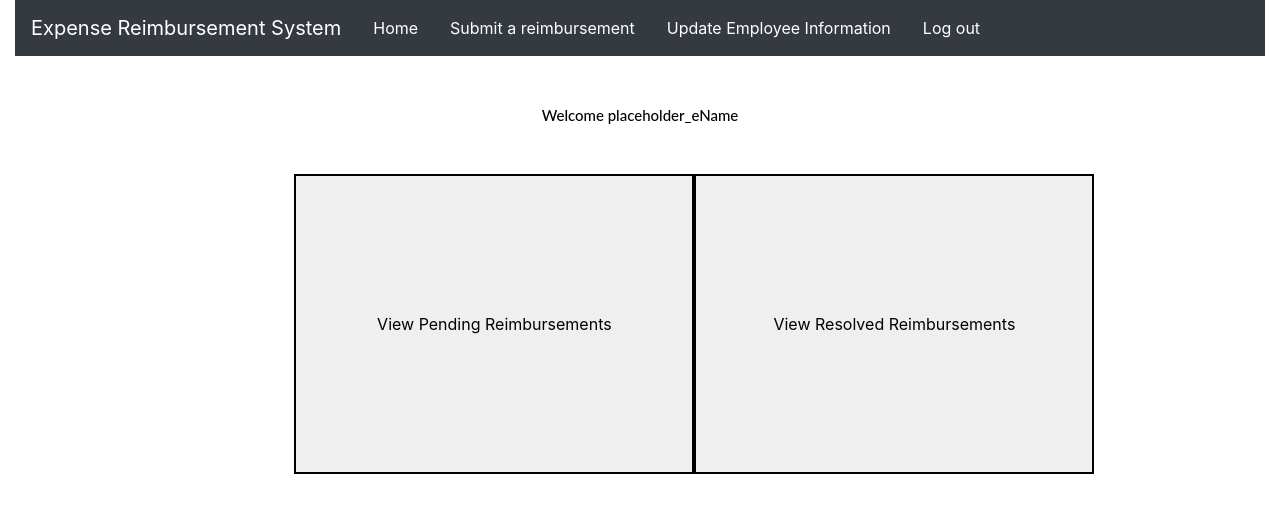
Repository: Trevormulrenin/ers-app
Page: ers-app/src/main/webapp/html/employee_home.html
These files come from the project's save history. The page is drawn as it stood at one moment and after the next save; the edit follows.
The browser window is 1280 px wide. The pictures show the whole page.

Above is the page before, as saved 2021-04-01 16:06:29.

### ers-app/src/main/webapp/html/employee_home.html
<!DOCTYPE html>
<html>
<head>
	<meta charset="UTF-8">
	<meta name="viewport" content="width=device-width, initial-scale=1.0">

	<link rel="stylesheet" href="https://stackpath.bootstrapcdn.com/bootstrap/4.3.1/css/bootstrap.min.css" integrity="sha384-ggOyR0iXCbMQv3Xipma34MD+dH/1fQ784/j6cY/iJTQUOhcWr7x9JvoRxT2MZw1T" crossorigin="anonymous">
 	<link rel="stylesheet" type="text/css" href="../css/style.css">

<title>Expense Reimbursement System</title>
</head>
<style>
#pending-reimbursement, #resolved-reimbursement {
	border: 2px solid black;
	color: black;
	text-align:center;
	height: 300px;
	width: 400px;
	position: relative;
    top:50%;
    left: 23%;
    display: inline-block;
}

#pending-reimbursement {
	float: left;
}

#resolved-reimbursement:hover {
	background-color: gray;
	color:white;
}

#pending-reimbursement:hover {
	background-color: gray;
	color:white;
}

#welcome-message {
	font-size: 10px;
	top:20%;
}
</style>
<body>
	<div class="container-fluid">
		<nav class="navbar navbar-expand-lg navbar-dark bg-dark">
			<a class="navbar-brand" href="http://localhost:9731/ers-app/EmployeeHomeServlet">Expense Reimbursement System</a>
				<a class="nav-item nav-link" href="http://localhost:9731/ers-app/EmployeeHomeServlet">Home</a>
				<a class="nav-item nav-link" href="html/reimbursement_home.html">Submit a reimbursement</a>
				<a class="nav-item nav-link" href="html/employee_info.html">Update Employee Information</a>

			<div class="nav-list-right" id="navbar-menu-right">
				<a class="nav-item nav-link" href="html/logout.html">Log out</a>
			</div>

		</nav>
	</div>


	<div id="welcome-message">
		<h1 style="font-size: 15px; top:65%; left:20%;">Welcome placeholder_eName</h1>
	</div>

	<div id="reimbursement-body">

	<form action="../ers-app/ViewPendingReimbursements" method="get">
		<button type="submit" class="button" id="pending-reimbursement" >View Pending Reimbursements</button>
	</form>
	<form action="../ers-app/ViewResolvedReimbursementsServlet" method="get">
		<button type="submit" id="resolved-reimbursement" class="button">View Resolved Reimbursements</button>
	</form>

	</div>

	<script type="text/javascript">
		var button = document.getElementById('reimbursement-body');
		button.addEventListener('click', function() { button.style.display = 'none'; });
	</script>

</body>


</html>

### ers-app/src/main/webapp/css/style.css
@charset "UTF-8";

#navbar-menu-right{
	text-decoration: none;
	color: black;
}

.nav-item, .nav-item-active, .nav-list-right {
		color: white;
		border: 1px;
		border-color:white;
	}

h1 {
	text-align: center;
    font-family: Lato;
    color: Black;
    font-size: 40px;
    margin: 50px;
}

p {
	text-align: center;
    font-family: Lato;
	color: Black;
	font-size: 15px;
}

h2 {
	text-align: center;
    font-family: Lato;
    color: Black;
    font-size: 40px;
    margin: 25px;
}

#enter-credentials {
	text-align: center;
    font-family: Lato;
	color: Black;
	font-size: 20px;
}


#pending-reimbursement, #resolved-reimbursement {
	border: 2px solid black;
	color: black;
	text-align:center;
	height: 300px;
	width: 400px;
    top:30%;
    left:10%;
/*     display: flex; */
/* 	justify-content: space-evenly; */
}

#pending-reimbursement {
	float: left;
}

#resolved-reimbursement:hover {
	background-color: gray;
	color:white;
}

#pending-reimbursement:hover {
	background-color: gray;
	color:white;
}

#pending-table, #resolved-table {
	padding: 10px;
	margin-left: auto;
	margin-right: auto;
	margin-top:20%;
	border: 2px solid black;
	border-collapse: collapse;
	border-left: 2px solid black;
	border-bottom: 2px solid black;
	border-spacing: 10px;
}

.nav-item, .nav-item-active, .nav-list-right {
/* 		text-decoration: none; */
		color: white;
		border: 1px;
		border-color:white;
	}

th, tr {
	border: 2px;
}

#log-in-button {
	text-align: center;
}

.login {
	border: 2px solid black;
	content: 5px;
	width: auto;
	text-align: center;
	padding: 5px;
	margin: auto;
	box-shadow: white;
}

#update-table {
	width: "100%";
	padding: 2px;
	margin-top: 5px;
	margin-bottom: 0px;
	margin-left: auto;
	margin-right: auto;
	border: 1px solid black;
	border-collapse: separate;
	border-spacing: 2px;
}

#view-employees {
	width: "100%";
	padding: 2px;
	margin-top: 5px;
	margin-bottom: 0px;
	margin-left: auto;
	margin-right: auto;
	border: 1px solid black;
	border-collapse: separate;
	border-spacing: 2px;
}

#reimbursement-table {
	width: "100%";
	padding: 2px;
	margin-top: 5px;
	margin-bottom: 0px;
	margin-left: auto;
	margin-right: auto;
	border: 1px solid black;
	border-collapse: separate;
	border-spacing: 2px;
}

.log-in-button {
	text-align: center;
	margin-top: 10px;
}

After the next save:
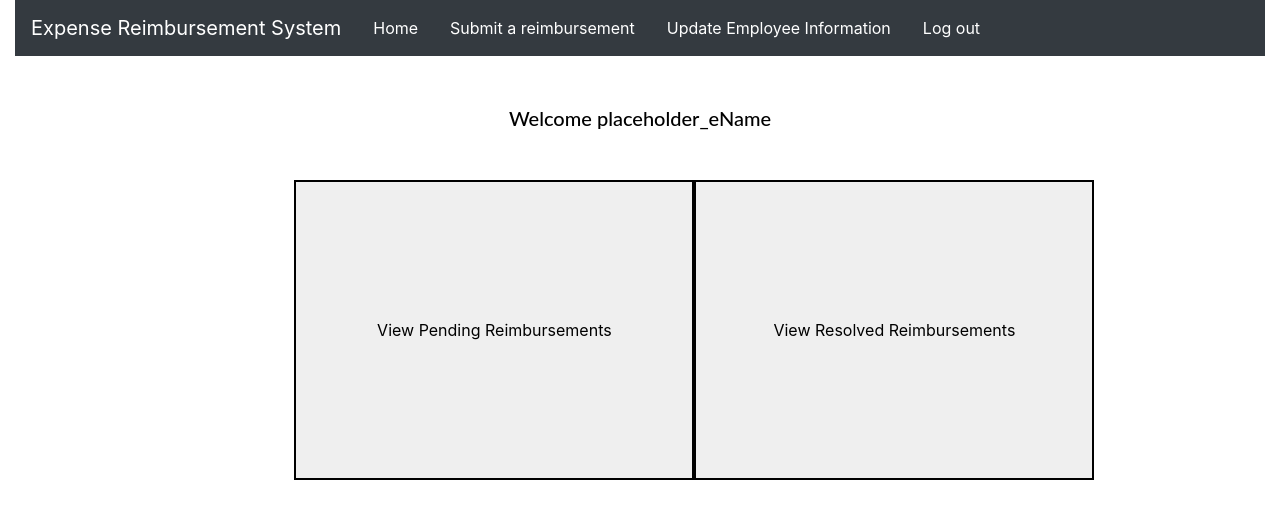
Saved 7 s later.
--- a/ers-app/src/main/webapp/html/employee_home.html
+++ b/ers-app/src/main/webapp/html/employee_home.html
@@ -58,7 +58,7 @@
 
 
 	<div id="welcome-message">
-		<h1 style="font-size: 15px; top:65%; left:20%;">Welcome placeholder_eName</h1>
+		<h1 style="font-size: 20px; top:65%; left:20%;">Welcome placeholder_eName</h1>
 	</div>
 
 	<div id="reimbursement-body">
